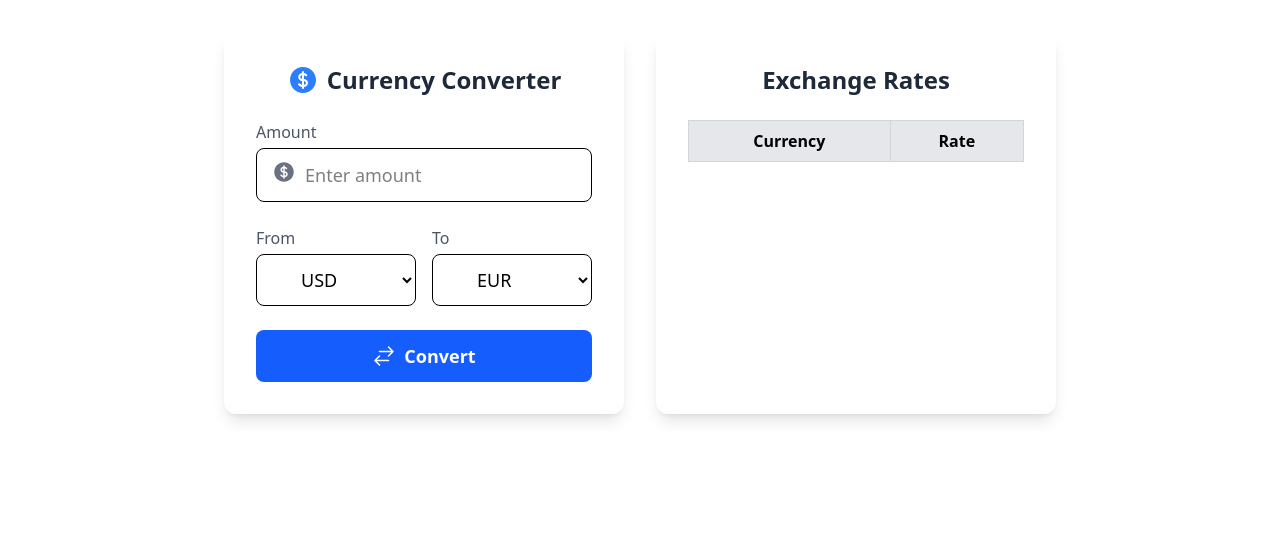
Repository: adrcstro/withcenter_developer_exam
Page: /
These files come from the project's save history. The page is drawn as it stood at one moment and after the next save; the edit follows.
The browser window is 1280 px wide. The pictures show the whole page.
The page's requests for data from a server got no answer. The project was rebuilt for these pictures with package versions that can differ from the ones it lists, and the page was loaded fresh each time. No one was signed in, and anything a server would have sent is missing. Also part of the build but not shown: vite.config.ts.

Above is the page before, as saved 2025-03-16 19:36:25.

After the next save:
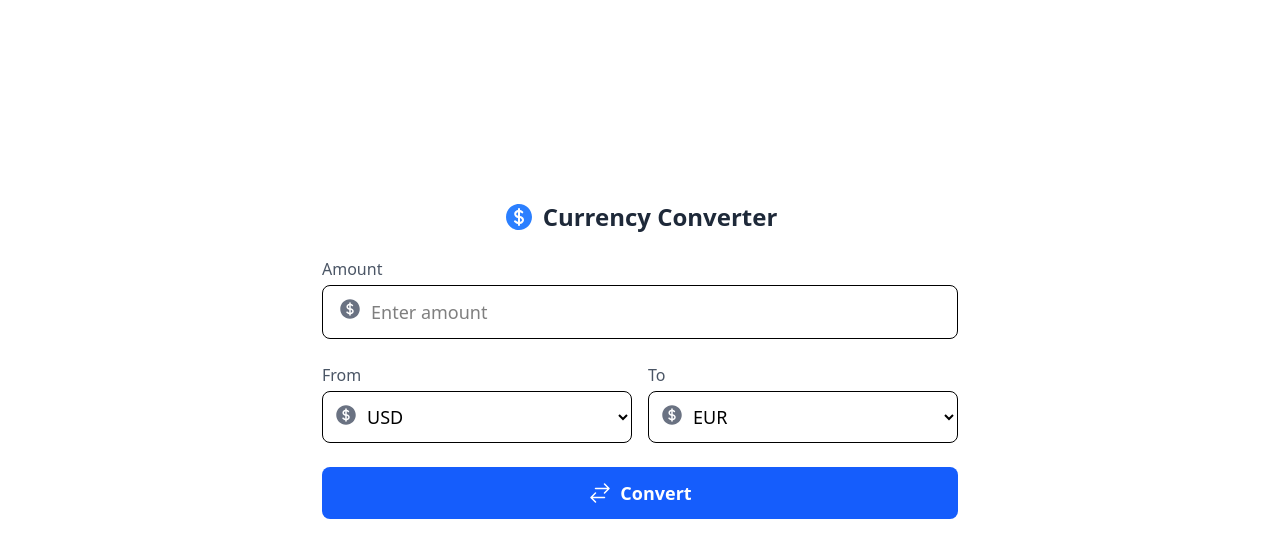
Saved 12 s later.
--- a/src/App.tsx
+++ b/src/App.tsx
@@ -1,5 +1,6 @@
-import { useState, useEffect } from "react";
+import { useState } from "react";
 import { ArrowsRightLeftIcon, CurrencyDollarIcon } from "@heroicons/react/24/solid";
+
 
 const currencies = ["USD", "EUR", "GBP", "JPY", "INR"];
 
@@ -8,112 +9,92 @@ function App() {
   const [fromCurrency, setFromCurrency] = useState("USD");
   const [toCurrency, setToCurrency] = useState("EUR");
   const [convertedAmount, setConvertedAmount] = useState("");
-  const [exchangeRates, setExchangeRates] = useState({});
-
-  useEffect(() => {
-    fetch("https://api.exchangerate-api.com/v4/latest/USD")
-      .then((res) => res.json())
-      .then((data) => setExchangeRates(data.rates));
-  }, []);
 
   const handleConvert = () => {
-    if (exchangeRates[toCurrency]) {
-      setConvertedAmount((parseFloat(amount) * exchangeRates[toCurrency]).toFixed(2));
-    }
+    // Dummy conversion rate for UI demo
+    const rate = 1.1;
+    setConvertedAmount((parseFloat(amount) * rate).toFixed(2));
   };
 
   return (
-    <div className="flex items-start justify-center min-h-screen bg-white p-8">
-      <div className="flex gap-8">
-        {/* Calculator */}
-        <div className="bg-white rounded-xl p-8 w-[400px] shadow-lg">
-          <h2 className="text-2xl font-bold text-gray-800 text-center mb-6 flex items-center justify-center gap-2">
-            <CurrencyDollarIcon className="w-8 h-8 text-blue-500" />
-            Currency Converter
-          </h2>
+    <div className="flex items-center justify-center min-h-screen bg-white">
+      <div className="bg-white rounded-xl p-8 w-[700px]">
+        <h2 className="text-2xl font-bold text-gray-800 text-center mb-6 flex items-center justify-center gap-2">
+          <CurrencyDollarIcon className="w-8 h-8 text-blue-500" />
+          Currency Converter
+        </h2>
 
-          {/* Amount Input */}
-          <div className="mb-6">
-            <label className="block text-gray-600 text-base font-medium">Amount</label>
+        {/* Amount Input */}
+        <div className="mb-6">
+          <label className="block text-gray-600 text-base font-medium">Amount</label>
+          <div className="relative">
+            <input
+              type="number"
+              value={amount}
+              onChange={(e) => setAmount(e.target.value)}
+              className="w-full mt-1 pl-12 pr-4 py-3 border rounded-lg text-lg focus:outline-none focus:ring-2 focus:ring-blue-400"
+              placeholder="Enter amount"
+            />
+            <CurrencyDollarIcon className="w-6 h-6 text-gray-500 absolute left-4 top-4" />
+          </div>
+        </div>
+
+        {/* Currency Selection */}
+        <div className="flex gap-4 mb-6">
+          <div className="w-1/2">
+            <label className="block text-gray-600 text-base font-medium">From</label>
             <div className="relative">
-              <input
-                type="number"
-                value={amount}
-                onChange={(e) => setAmount(e.target.value)}
-                className="w-full mt-1 pl-12 pr-4 py-3 border rounded-lg text-lg focus:outline-none focus:ring-2 focus:ring-blue-400"
-                placeholder="Enter amount"
-              />
-              <CurrencyDollarIcon className="w-6 h-6 text-gray-500 absolute left-4 top-4" />
-            </div>
-          </div>
-
-          {/* Currency Selection */}
-          <div className="flex gap-4 mb-6">
-            <div className="w-1/2">
-              <label className="block text-gray-600 text-base font-medium">From</label>
               <select
                 value={fromCurrency}
                 onChange={(e) => setFromCurrency(e.target.value)}
                 className="w-full mt-1 pl-10 pr-4 py-3 border rounded-lg text-lg focus:outline-none focus:ring-2 focus:ring-blue-400"
               >
                 {currencies.map((currency) => (
-                  <option key={currency} value={currency}>{currency}</option>
+                  <option key={currency} value={currency}>
+                    {currency}
+                  </option>
                 ))}
               </select>
+              <CurrencyDollarIcon className="w-6 h-6 text-gray-500 absolute left-3 top-4" />
             </div>
-            <div className="w-1/2">
-              <label className="block text-gray-600 text-base font-medium">To</label>
+          </div>
+
+          <div className="w-1/2">
+            <label className="block text-gray-600 text-base font-medium">To</label>
+            <div className="relative">
               <select
                 value={toCurrency}
                 onChange={(e) => setToCurrency(e.target.value)}
                 className="w-full mt-1 pl-10 pr-4 py-3 border rounded-lg text-lg focus:outline-none focus:ring-2 focus:ring-blue-400"
               >
                 {currencies.map((currency) => (
-                  <option key={currency} value={currency}>{currency}</option>
+                  <option key={currency} value={currency}>
+                    {currency}
+                  </option>
                 ))}
               </select>
+              <CurrencyDollarIcon className="w-6 h-6 text-gray-500 absolute left-3 top-4" />
             </div>
           </div>
-
-          {/* Convert Button */}
-          <button
-            onClick={handleConvert}
-            className="w-full bg-blue-600 hover:bg-blue-700 text-white text-lg font-semibold py-3 rounded-lg flex items-center justify-center gap-2 transition duration-300"
-          >
-            <ArrowsRightLeftIcon className="w-6 h-6" />
-            Convert
-          </button>
-
-          {/* Converted Amount */}
-          {convertedAmount && (
-            <div className="mt-6 text-center">
-              <p className="text-gray-800 text-xl">
-                {amount} {fromCurrency} = <span className="font-bold text-green-600">{convertedAmount} {toCurrency}</span>
-              </p>
-            </div>
-          )}
         </div>
 
-        {/* Exchange Rates Table */}
-        <div className="bg-white rounded-xl p-8 w-[400px] shadow-lg">
-          <h2 className="text-2xl font-bold text-gray-800 text-center mb-6">Exchange Rates</h2>
-          <table className="w-full border-collapse border border-gray-300">
-            <thead>
-              <tr className="bg-gray-200">
-                <th className="border border-gray-300 px-4 py-2">Currency</th>
-                <th className="border border-gray-300 px-4 py-2">Rate</th>
-              </tr>
-            </thead>
-            <tbody>
-              {Object.entries(exchangeRates).map(([currency, rate]) => (
-                <tr key={currency} className="text-center">
-                  <td className="border border-gray-300 px-4 py-2">{currency}</td>
-                  <td className="border border-gray-300 px-4 py-2">{rate.toFixed(4)}</td>
-                </tr>
-              ))}
-            </tbody>
-          </table>
-        </div>
+        {/* Convert Button */}
+        <button
+          onClick={handleConvert}
+          className="w-full bg-blue-600 hover:bg-blue-700 text-white text-lg font-semibold py-3 rounded-lg flex items-center justify-center gap-2 transition duration-300"
+        >
+          <ArrowsRightLeftIcon className="w-6 h-6" />
+          Convert
+        </button>
+
+        {/* Converted Amount */}
+        {convertedAmount && (
+          <div className="mt-6 text-center">
+            <p className="text-gray-800 text-xl">
+              {amount} {fromCurrency} = <span className="font-bold text-green-600">{convertedAmount} {toCurrency}</span>
+            </p>
+          </div>
+        )}
       </div>
     </div>
   );
